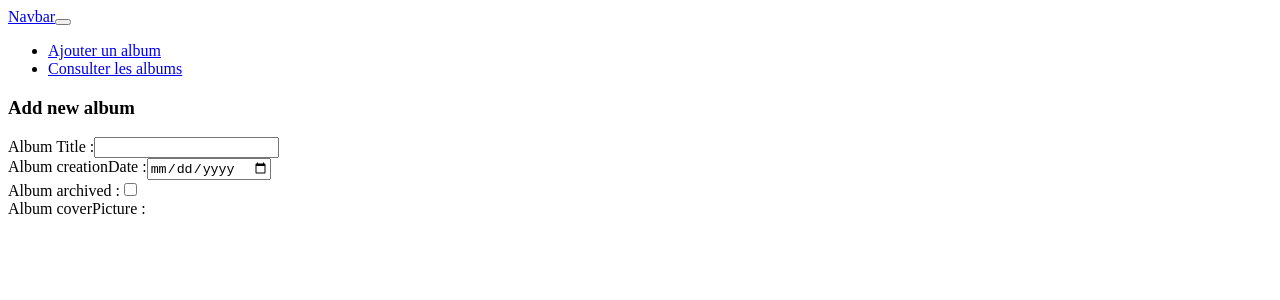
Repository: yassinecher/TestCC4SAE6
Page: /albums/add
The author's editor kept a copy of each file at every save. The page is drawn from the files as they stood at one save, then again after the next save.
The browser window is 1280 px wide. The pictures show the whole page.
The project was rebuilt for these pictures with package versions that can differ from the ones it lists, and the page was loaded fresh each time. Also part of the build but not shown: angular.json, src/app/components/albums/albums.component.ts, src/app/components/not-found/not-found.component.ts.

Above is the page before, as saved 2024-12-20 14:37:01.

After the next save:
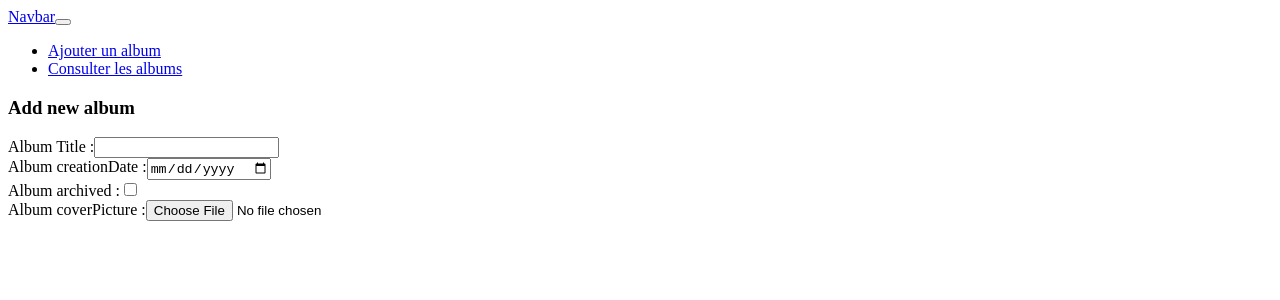
Saved 5 s later.
--- a/src/app/components/add-albums/add-albums.component.html
+++ b/src/app/components/add-albums/add-albums.component.html
@@ -32,7 +32,7 @@
             </div>
             <div class="mb-3">
                 <label>Album coverPicture :</label>
-                <input type="image" class="form-control" formControlName="coverPicture">
+                <input type="file" class="form-control" formControlName="coverPicture">
                 <div class="alert alert-danger" *ngIf="album.get('coverPicture')!.invalid
                 && (album.get('coverPicture')!.touched||album.get('coverPicture')!.dirty)">
                     <div *ngIf="album.get('coverPicture')!.hasError('required')">
